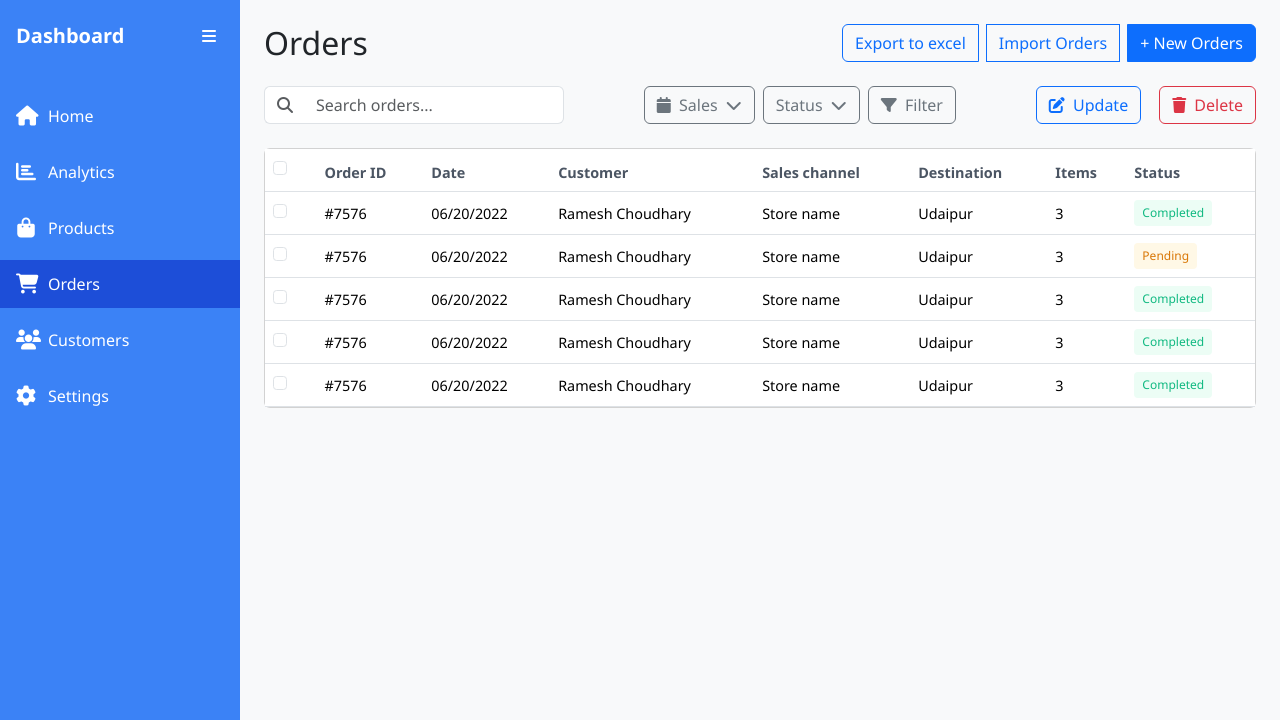
Repository: AditiAjitSalvi/Inventory_Managment
Page: Inventory_Managment_System/Inventory/src/main/webapp/Order.html
These files come from the project's save history. The page is drawn as it stood at one moment and after a run of saves; the edit follows.
The browser window is 1280 px wide. The pictures show the whole page.

Above is the page before, as saved 2025-05-22 16:08:23.
Console error: TypeError: Cannot read properties of null (reading 'getContext')

After the next 2 saves:
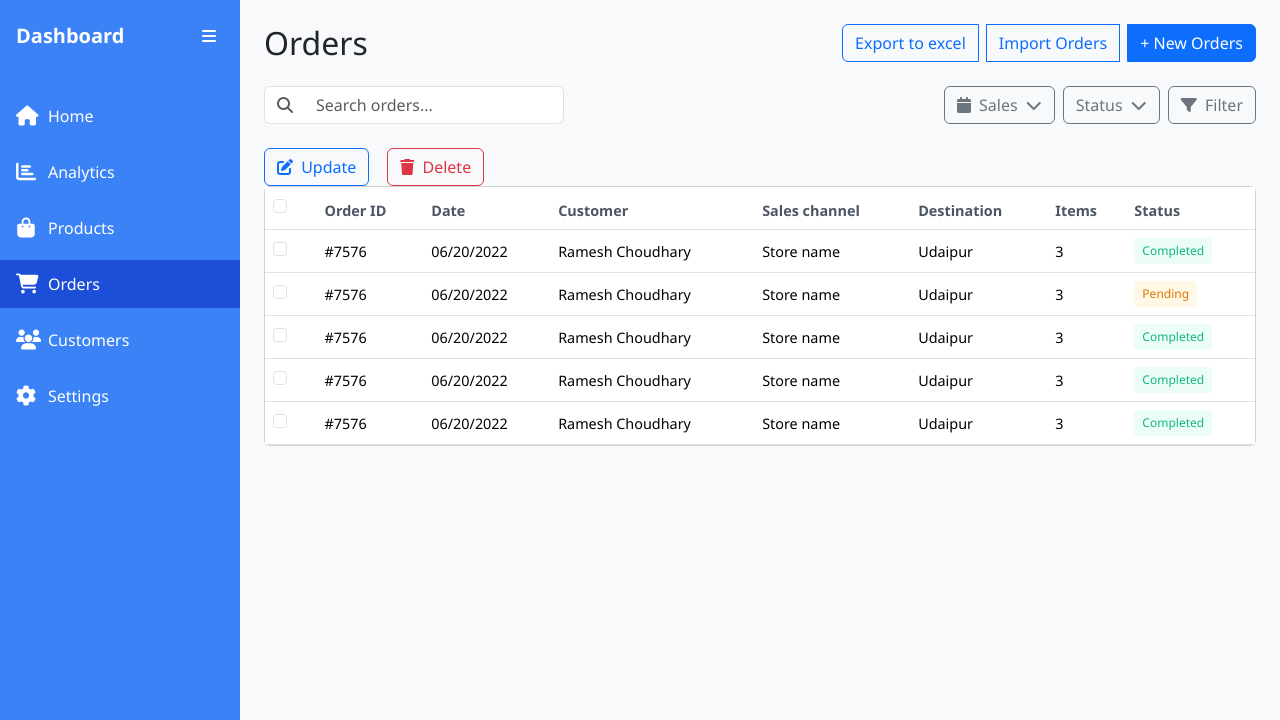
The 2 saves are shown as one change because they came seconds apart.
The last was saved 35 s later.
--- a/Inventory_Managment_System/Inventory/src/main/webapp/Order.html
+++ b/Inventory_Managment_System/Inventory/src/main/webapp/Order.html
@@ -316,17 +316,17 @@ body {
 							<i class="fa fa-filter me-1"></i> <span>Filter</span>
 						</button>
 					</div>
-
-					<div class="d-flex"
-						style="right: 50px; top: 150px; display: flex; gap: 10px;">
-						<button class="btn btn-outline-primary me-2">
-							<i class="fa fa-edit me-1"></i> <span>Update</span>
-						</button>
-						<button class="btn btn-outline-danger">
-							<i class="fa fa-trash me-1"></i> <span>Delete</span>
-						</button>
-					</div>
 				</div>
+				<div class="d-flex"
+					style="right: 50px; top: 150px; display: flex; gap: 10px;">
+					<button class="btn btn-outline-primary me-2">
+						<i class="fa fa-edit me-1"></i> <span>Update</span>
+					</button>
+					<button class="btn btn-outline-danger">
+						<i class="fa fa-trash me-1"></i> <span>Delete</span>
+					</button>
+				</div>
+
 
 				<div class="card">
 					<div class="card-body p-0">
